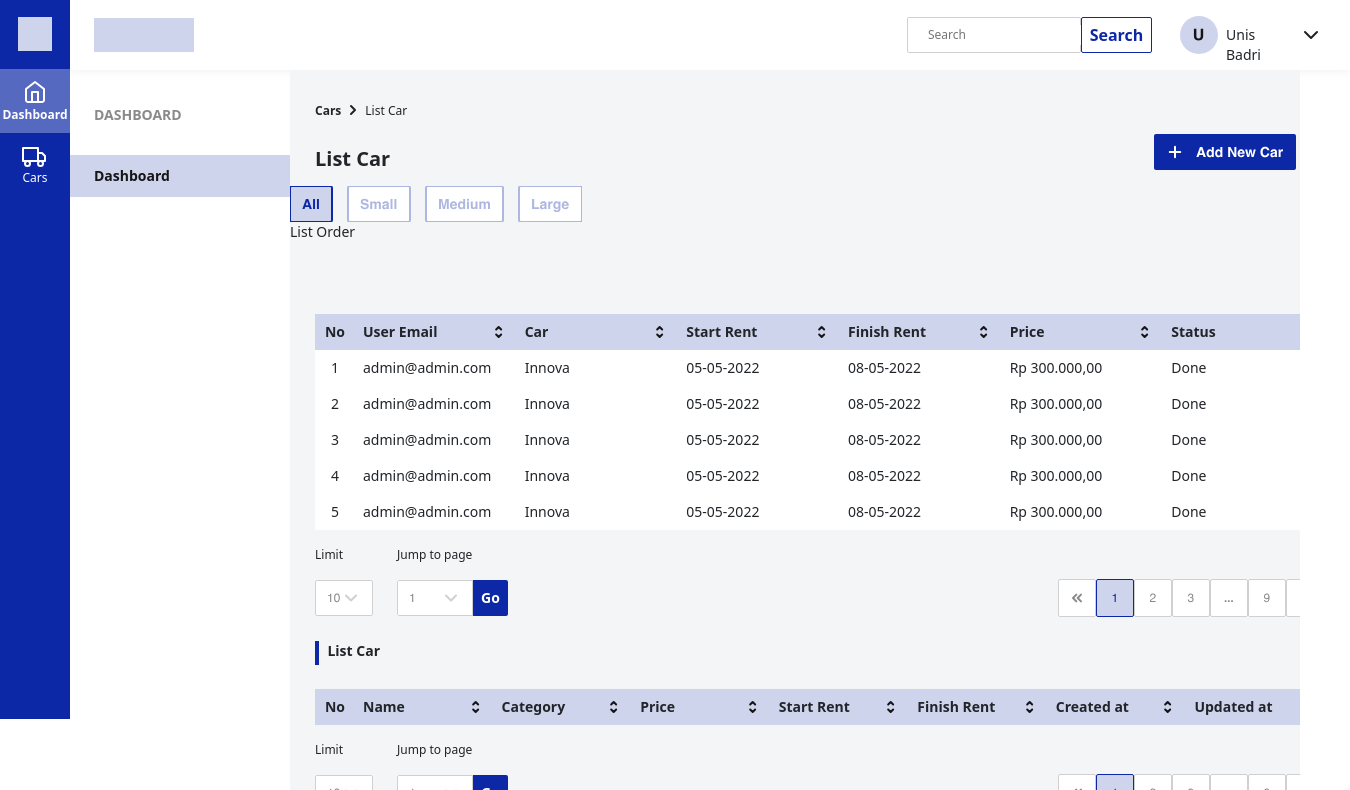
Repository: farrelmuhammad/challenge-7-binar
Page: /carlist
The author's editor kept a copy of each file at every save. The page is drawn from the files as they stood at one save, then again after the next save.
The browser window is 1280 px wide. The page is 1350 px wide, so the pictures cover 1350 px, including what lies to the right of the window. The pictures show the whole page.
The project was rebuilt for these pictures with package versions that can differ from the ones it lists, and the page was loaded fresh each time. Also part of the build but not shown: src/component/navbar.js, src/component/header.js, src/component/footer.js, src/App.js, src/component/admin/Dashboard/index.jsx, src/pages/admin/Dashboard.js, src/component/searchForm.js, src/pages/cars.js.

Above is the page before, as saved 2022-05-27 19:32:13.

After the next save:
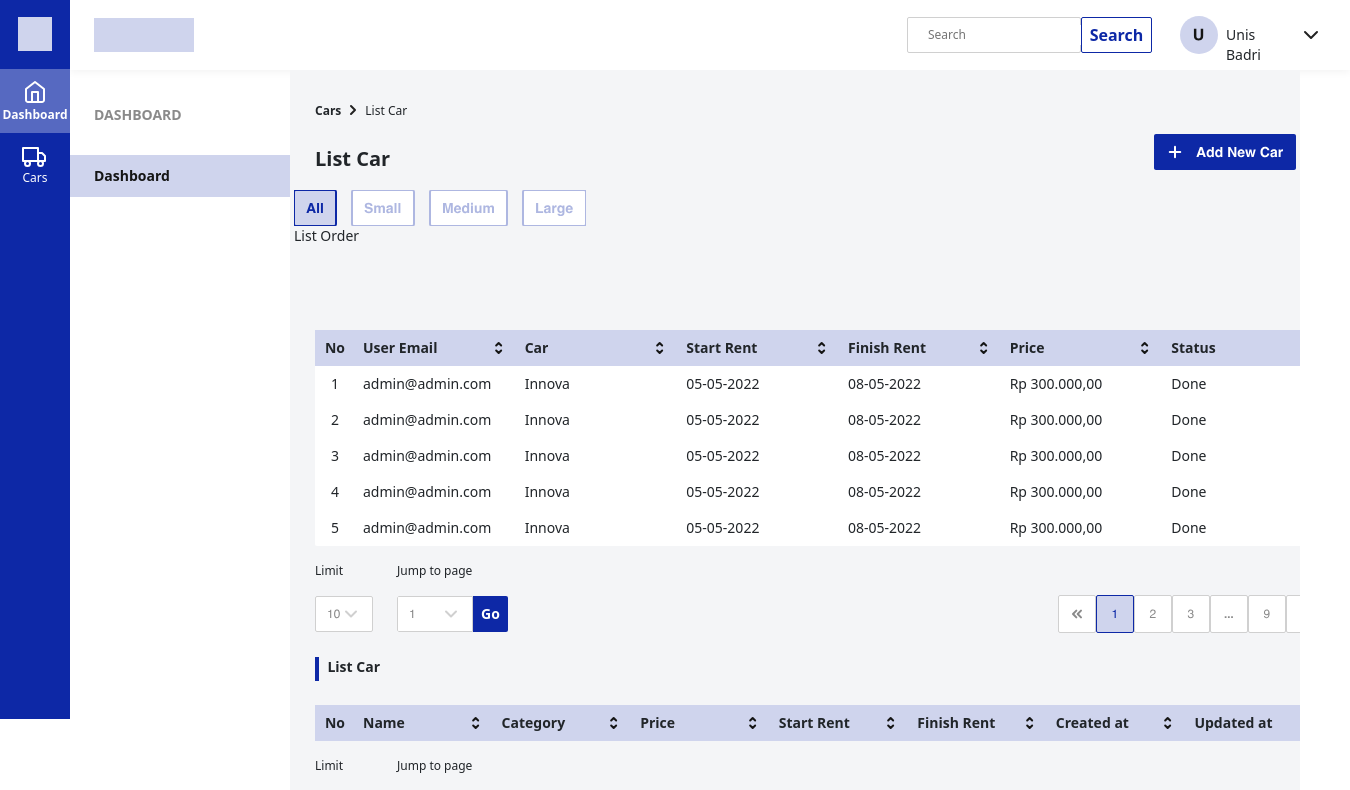
Saved 5 s later.
--- a/src/component/admin/Cars/index.jsx
+++ b/src/component/admin/Cars/index.jsx
@@ -67,7 +67,7 @@
                 <img src="img/btn-addcar.svg" alt="add new"/>
             </div>
         </div>
-        <div className="">
+        <div className="p-1">
           <img src="img/breadcumb carlist.svg" alt="" />
           <h1>List Order</h1>
         </div>

After the save that followed:
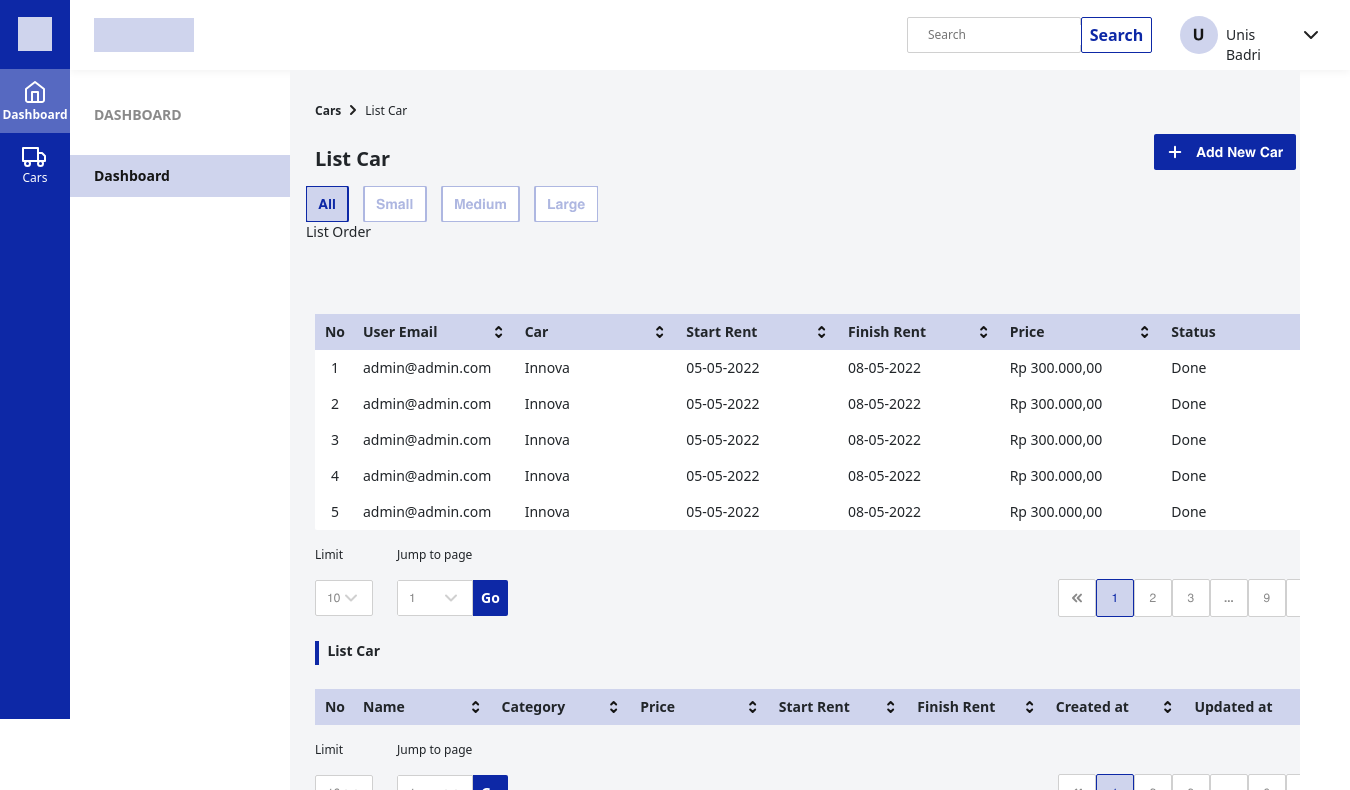
Saved 6 s later.
--- a/src/component/admin/Cars/index.jsx
+++ b/src/component/admin/Cars/index.jsx
@@ -67,7 +67,7 @@
                 <img src="img/btn-addcar.svg" alt="add new"/>
             </div>
         </div>
-        <div className="p-1">
+        <div className="ms-3">
           <img src="img/breadcumb carlist.svg" alt="" />
           <h1>List Order</h1>
         </div>
